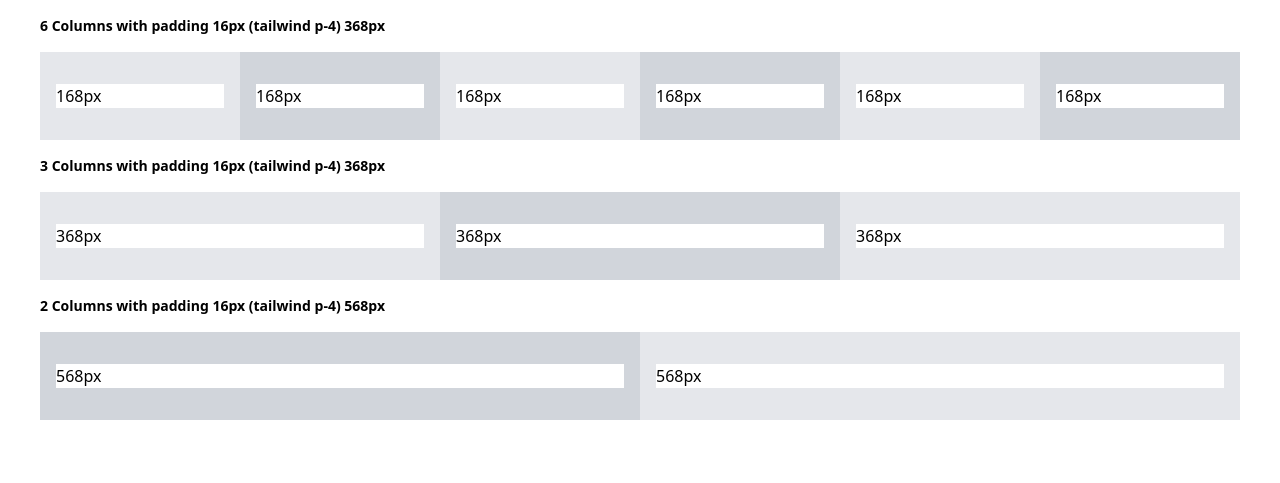
Repository: fabianwurk/vue-tailwind
Page: /
An editor plug-in stored every save of this project. The page is shown before and after the next save, followed by the edit.
The browser window is 1280 px wide. The pictures show the whole page.
The project was rebuilt for these pictures with package versions that can differ from the ones it lists, and the page was loaded fresh each time. Also part of the build but not shown: vite.config.js.

Above is the page before, as saved 2021-03-15 23:39:37.

After the next save:
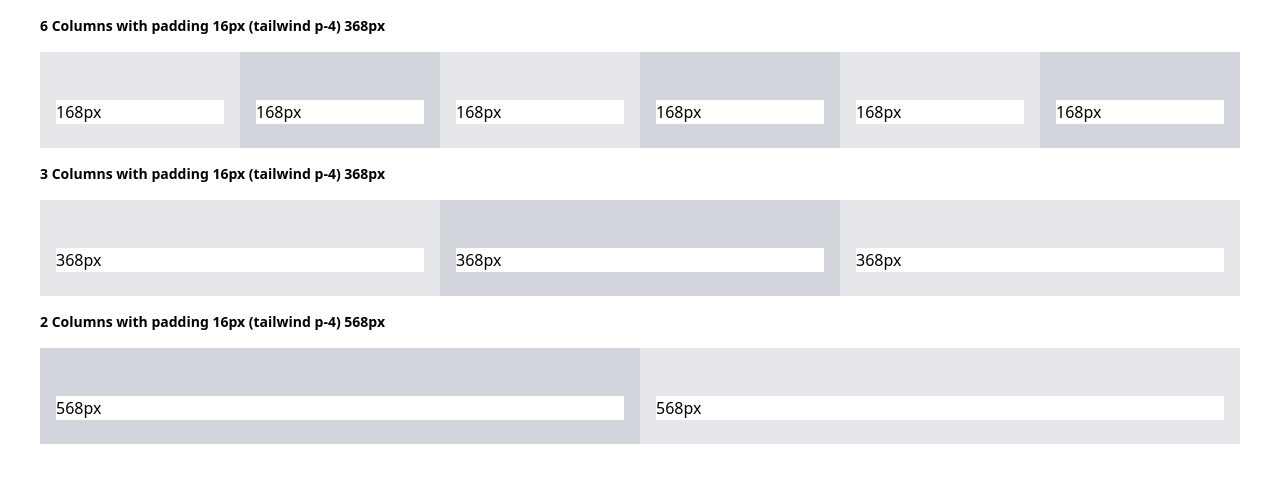
Saved 59 s later.
--- a/src/components/Tail.vue
+++ b/src/components/Tail.vue
@@ -4,22 +4,22 @@
   <div class="container mx-auto">
     <h2 class="text-sm font-bold my-4">6 Columns with padding 16px (tailwind p-4) {{ threeCol }}</h2>
     <div class="flex items-center">
-      <div class="w-1/6 bg-gray-200 py-8 px-4">
+      <div class="w-1/6 bg-gray-200 pb-6 pt-12 px-4">
         <span class="bg-white w-full block">{{ sixCol }}</span>
       </div>
-      <div class="w-1/6 bg-gray-300 py-8 px-4">
+      <div class="w-1/6 bg-gray-300 pb-6 pt-12 px-4">
         <span class="bg-white w-full block">{{ sixCol }}</span>
       </div>
-      <div class="w-1/6 bg-gray-200 py-8 px-4">
+      <div class="w-1/6 bg-gray-200 pb-6 pt-12 px-4">
         <span class="bg-white w-full block">{{ sixCol }}</span>
       </div>
-      <div class="w-1/6 bg-gray-300 py-8 px-4">
+      <div class="w-1/6 bg-gray-300 pb-6 pt-12 px-4">
         <span class="bg-white w-full block">{{ sixCol }}</span>
       </div>
-      <div class="w-1/6 bg-gray-200 py-8 px-4">
+      <div class="w-1/6 bg-gray-200 pb-6 pt-12 px-4">
         <span class="bg-white w-full block">{{ sixCol }}</span>
       </div>
-      <div class="w-1/6 bg-gray-300 py-8 px-4">
+      <div class="w-1/6 bg-gray-300 pb-6 pt-12 px-4">
         <span class="bg-white w-full block">{{ sixCol }}</span>
       </div>
     </div>
@@ -28,13 +28,13 @@
   <div class="container mx-auto">
     <h2 class="text-sm font-bold my-4">3 Columns with padding 16px (tailwind p-4) {{ threeCol }}</h2>
     <div class="flex items-center">
-      <div class="w-1/3 bg-gray-200 py-8 px-4">
+      <div class="w-1/3 bg-gray-200 pb-6 pt-12 px-4">
         <span class="bg-white w-full block">{{ threeCol }}</span>
       </div>
-      <div class="w-1/3 bg-gray-300 py-8 px-4">
+      <div class="w-1/3 bg-gray-300 pb-6 pt-12 px-4">
         <span class="bg-white w-full block">{{ threeCol }}</span>
       </div>
-      <div class="w-1/3 bg-gray-200 py-8 px-4">
+      <div class="w-1/3 bg-gray-200 pb-6 pt-12 px-4">
         <span class="bg-white w-full block">{{ threeCol }}</span>
       </div>
     </div>
@@ -43,10 +43,10 @@
   <div class="container mx-auto">
     <h2 class="text-sm font-bold my-4">2 Columns with padding 16px (tailwind p-4) {{ twoCol }}</h2>
     <div class="flex items-center">
-      <div class="w-1/2 bg-gray-300 py-8 px-4">
+      <div class="w-1/2 bg-gray-300 pb-6 pt-12 px-4">
         <span class="bg-white w-full block">{{ twoCol }}</span>
       </div>
-      <div class="w-1/2 bg-gray-200 py-8 px-4">
+      <div class="w-1/2 bg-gray-200 pb-6 pt-12 px-4">
         <span class="bg-white w-full block">{{ twoCol }}</span>
       </div>
     </div>
